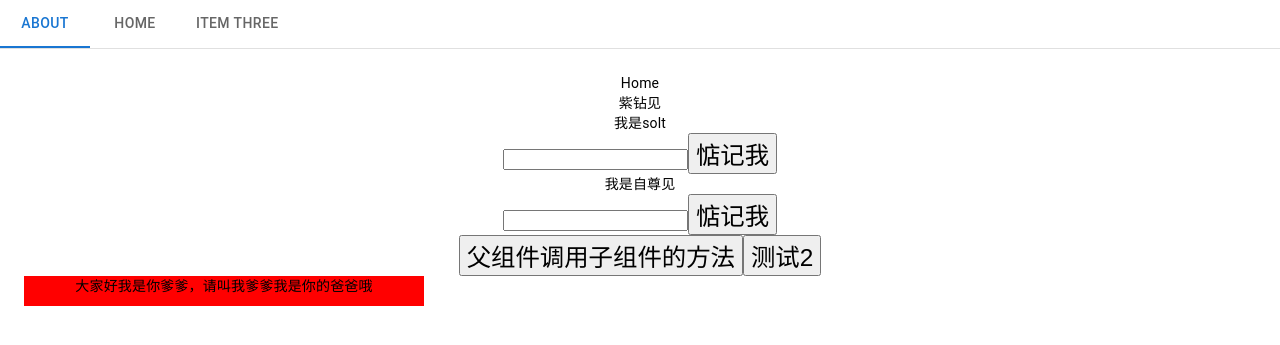
Repository: wupengwupeng/react-ts-vite
Page: /home
These files come from the project's save history. The page is drawn as it stood at one moment and after the next save; the edit follows.
The browser window is 1280 px wide. The pictures show the whole page.
The project was rebuilt for these pictures with package versions that can differ from the ones it lists, and the page was loaded fresh each time. Also part of the build but not shown: vite.config.ts, src/components/Test.tsx, src/components/TestTwo.tsx, src/components/count.tsx, src/page/about.tsx.

Above is the page before, as saved 2022-10-07 15:28:37.

### src/main.tsx
import React from "react";
import ReactDOM from "react-dom";
import { Provider } from 'react-redux';
import store from "./store/index";
import "./index.css";
import App from "./App";
import { BrowserRouter, Route, Routes } from "react-router-dom";
ReactDOM.render(
  <React.StrictMode>
    <BrowserRouter>
      <Provider store={store}>
        <App />
      </Provider>
    </BrowserRouter>
  </React.StrictMode>,
  document.getElementById("root")
);

### src/store/index.tsx
import { configureStore } from '@reduxjs/toolkit'
import counterReducer from './count'
export default configureStore({
  reducer: {
    counter: counterReducer,
  },
})

### src/App.tsx
import { useState } from "react";
import logo from "./logo.svg";
import "./App.css";
import { Outlet, Link, useRoutes, useParams } from "react-router-dom";
import routes from "./router";
function App() {
  let element = useRoutes(routes);
  return <div className="App">{element}</div>;
}

export default App;

### src/store/count.tsx
import { createSlice } from '@reduxjs/toolkit'

export const counterSlice = createSlice({
  name: 'counter',
  initialState: {
    value: 0,
  },
  reducers: {
    increment: (state) => {
      // Redux Toolkit allows us to write "mutating" logic in reducers. It
      // doesn't actually mutate the state because it uses the Immer library,
      // which detects changes to a "draft state" and produces a brand new
      // immutable state based off those changes
      state.value += 1
    },
    decrement: (state) => {
      state.value -= 1
    },
    incrementByAmount: (state, { payload }) => {
      console.log(payload);
      console.log(payload, "action");
      if (payload.type = 'add') {
        state.value += payload.payload
      }
    },
  },
})

// Action creators are generated for each case reducer function
export const { increment, decrement, incrementByAmount } = counterSlice.actions

export default counterSlice.reducer

### src/App.css
.App {
  text-align: center;
}

.App-logo {
  height: 40vmin;
  pointer-events: none;
}

@media (prefers-reduced-motion: no-preference) {
  .App-logo {
    animation: App-logo-spin infinite 20s linear;
  }
}

.App-header {
  background-color: #282c34;
  min-height: 100vh;
  display: flex;
  flex-direction: column;
  align-items: center;
  justify-content: center;
  font-size: calc(10px + 2vmin);
  color: white;
}

.App-link {
  color: #61dafb;
}

@keyframes App-logo-spin {
  from {
    transform: rotate(0deg);
  }
  to {
    transform: rotate(360deg);
  }
}

button {
  font-size: calc(10px + 2vmin);
}

.typing-card {
  width: 400px;
  height: 30px;
  background: red;
}

### src/router/index.tsx
import { Routes, Route } from "react-router-dom";
import type { RouteObject } from "react-router-dom";
import { LayOut } from "../layout";
import { About } from "../page/about";
import { Home } from "../page/home";
const routes: RouteObject[] = [
  {
    path: "/",
    element: <LayOut />,
    children: [
      {
        index: true,
        element: <About />,
      },
      {
        path: "/home",
        element: <Home />,
      },
    ],
  },
];

export default routes;

### src/layout/index.tsx
import { Outlet, Link } from "react-router-dom";
import BasicTabs from './nav/index'
export function LayOut() {
  return (
    <div>
      <BasicTabs />
    </div>
  );
}

### src/page/home.tsx
import Child from "@/components/child";
import ChildRef from "@/components/childRef";
import { useState, useRef } from "react";
import { TypingCard } from "@/components/TypingCard/index";
export function Home() {
  const [name, setName] = useState("WUPENG");
  const [age, setAge] = useState(12);
  const childRef: any = useRef();
  const cdRef: any = useRef();
  const innerRef: any = useRef();
  const source = "大家好我是你爹爹，请叫我爹爹我是你的爸爸哦";
  const emit = (val: any) => {
    console.log(val);
  };
  const openChildFun = () => {
    console.log(childRef, "childRef");
    childRef.current.test();
    console.log((childRef.current.ref.current.style.width = "10px"));

    console.log(childRef.current.name);
    console.log(cdRef.current, "cdRef");
    cdRef.current.style.color = "red";
  };
  const handerTest = () => {
    console.log(innerRef, "innerRef");
  };
  return (
    <div>
      Home
      <Child
        onRef={childRef}
        slot={<div>我是solt</div>}
        {...{ name, age }}
        emit={emit}
      />
      <ChildRef forwardRef={cdRef} innerRef={innerRef}></ChildRef>
      <button onClick={openChildFun}>父组件调用子组件的方法</button>
      <button onClick={handerTest}>测试2</button>
      <div className="typing-card">
        <TypingCard source={source}></TypingCard>
      </div>
    </div>
  );
}

### src/layout/nav/index.tsx
import * as React from 'react';
import Tabs from '@mui/material/Tabs';
import Tab from '@mui/material/Tab';
import Typography from '@mui/material/Typography';
import Box from '@mui/material/Box';

import { Outlet, Link, useNavigate } from "react-router-dom";


interface TabPanelProps {
    children?: React.ReactNode;
    index: number;
    value: number;
}

function TabPanel(props: TabPanelProps) {
    const { children, value, index, ...other } = props;
    console.log(props);

    return (
        <div
            role="tabpanel"
            hidden={value !== index}
            id={`simple-tabpanel-${index}`}
            aria-labelledby={`simple-tab-${index}`}
            {...other}
        >
            {value === index && (
                <Box sx={{ p: 3 }}>
                    <Typography component={'span'} variant={'body2'}>{children}</Typography>
                </Box>
            )}
        </div>
    );
}

function a11yProps(index: number) {
    return {
        id: `simple-tab-${index}`,
        'aria-controls': `simple-tabpanel-${index}`,
    };
}

export default function BasicTabs() {
    const [value, setValue] = React.useState(0);
    const nevicate = useNavigate();

    const handleChange = (event: React.SyntheticEvent, newValue: number) => {

        setValue(newValue);
        if (newValue === 1) {
            nevicate('/home')
        } else if (newValue === 2) {
            nevicate('/about')
        } else {
            nevicate('/')
        }
    };

    return (
        <Box sx={{ width: '100%' }}>
            <Box sx={{ borderBottom: 1, borderColor: 'divider' }}>
                <Tabs value={value} onChange={handleChange} aria-label="basic tabs example">
                    <Tab label="About" {...a11yProps(0)} />
                    <Tab label="Home" {...a11yProps(1)} />
                    <Tab label="Item Three" {...a11yProps(2)} />
                </Tabs>
            </Box>
            <TabPanel value={value} index={value}>
                <Outlet />
            </TabPanel>
        </Box>
    );
}

### src/components/child.tsx

import { useState, useRef, useImperativeHandle } from "react";
function child(props: any) {
  console.log(props, "sdfsdf");
  const [sex, setSex] = useState('男');
  const domRef: any = useRef();
  // 通过useImperativeHandle向外暴露一些ref能访问的属性和方法
  useImperativeHandle(props.onRef, () => {
    return {
      fu: fn,
      name: '张安',
      test: testFun,
      ref: domRef,
    }
  })
  const fn = () => {
    props.emit('wupeng');
  }
  const testFun = () => {
    console.log("给我执行方法");
  }
  return (
    <div>
      紫钻见
      {/* 类似vue中的v-slot 渲染slot中的dom节点 */}
      {props.slot}
      <input type="text" ref={domRef} />
      <button onClick={fn}>惦记我</button>
    </div>
  )
}

export default child;

### src/components/childRef.tsx

import { useState, forwardRef } from "react";
function childRef(propsS: any) {
  const [sex, setSex] = useState('男');
  const MyDiv = forwardRef((props, ref: any) => <div {...props} ref={ref}>我是自尊见</div>)
  const fn = () => {
    console.log("sdf");

  }
  const testFun = () => {
    console.log("给我执行方法");
  }
  return (
    <div>
      <MyDiv ref={propsS.forwardRef}></MyDiv>
      <input type="text" ref={propsS.innerRef} />
      <button onClick={fn}>惦记我</button>
    </div>
  )
}

export default childRef;

### src/components/TypingCard/index.tsx
import { useRef, useEffect } from "react";
import Typing from "@/utils/index";
export function TypingCard(props: any) {
  const { title, source } = props;

  const sourceEl: any = useRef();
  const outputEl: any = useRef();

  useEffect(() => {
    const typing = new Typing({
      source: sourceEl.current,
      output: outputEl.current,
      delay: 30,
    });
    typing.start();
  }, []);
  return (
    <div style={{ width: "100%" }}>
      <div
        style={{ display: "none" }}
        ref={sourceEl}
        dangerouslySetInnerHTML={{ __html: source }}
      />
      <div ref={outputEl} />
    </div>
  );
}

### src/utils/index.ts
class Typing {
  opts: any;
  source: any;
  output: any;
  delay: number;
  chain: any;
  constructor(opts: any) {
    this.opts = opts || {};
    this.source = opts.source;
    this.output = opts.output;
    this.delay = opts.delay || 120;
    this.chain = {
      parent: null,
      dom: this.output,
      val: [],
    };
    if (!(typeof this.opts.done === "function"))
      this.opts.done = function () {};
  }

  init() {
    //初始化函数
    this.chain.val = this.convert(this.source, this.chain.val);
  }

  convert(dom: HTMLElement, arr: any) {
    //将dom节点的子节点转换成数组，
    let children = Array.from(dom.childNodes);
    for (let i = 0; i < children.length; i++) {
      let node = children[i];
      if (node.nodeType === 3) {
        arr = arr.concat((node.nodeValue as string).split("")); //将字符串转换成字符串数组，后面打印时才会一个一个的打印
      } else if (node.nodeType === 1) {
        let val: any = [];
        val = this.convert(node as HTMLElement, val);
        arr.push({
          dom: node,
          val: val,
        });
      }
    }
    return arr;
  }

  print(dom: HTMLElement, val: any, callback: any) {
    setTimeout(function () {
      dom.appendChild(document.createTextNode(val));
      callback();
    }, this.delay);
  }

  play(ele: any) {
    //当打印最后一个字符时，动画完毕，执行done
    if (!ele.val.length) {
      if (ele.parent) this.play(ele.parent);
      else this.opts.done();
      return;
    }
    let current = ele.val.shift(); //获取第一个元素，同时删除数组中的第一个元素
    if (typeof current === "string") {
      this.print(ele.dom, current, () => {
        this.play(ele); //继续打印下一个字符
      });
    } else {
      let dom = current.dom.cloneNode(); //克隆节点，不克隆节点的子节点，所以不用加参数true
      ele.dom.appendChild(dom);
      this.play({
        parent: ele,
        dom,
        val: current.val,
      });
    }
  }

  start() {
    this.init();
    this.play(this.chain);
  }
}

export default Typing;

Loaded but not shown: index.html (common file); src/index.css (common file)

After the next save:
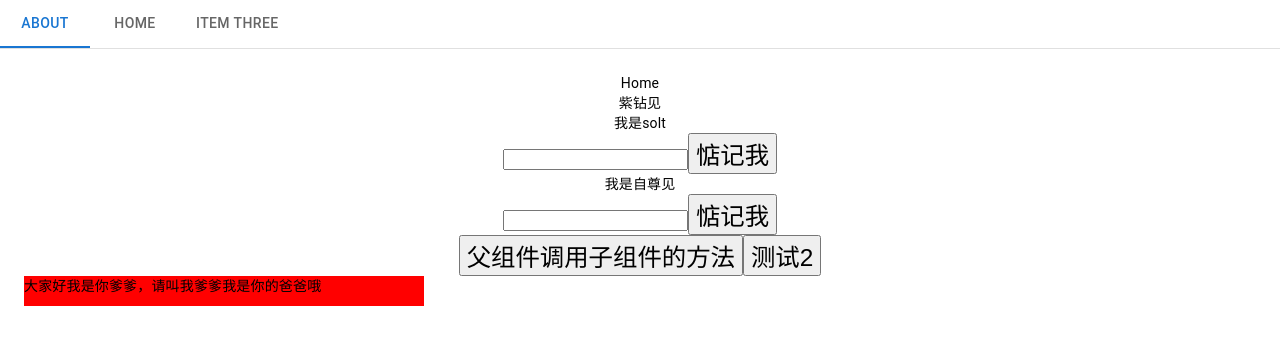
Saved 21 s later.
--- a/src/components/TypingCard/index.tsx
+++ b/src/components/TypingCard/index.tsx
@@ -15,7 +15,7 @@ export function TypingCard(props: any) {
     typing.start();
   }, []);
   return (
-    <div style={{ width: "100%" }}>
+    <div style={{ float: "left" }}>
       <div
         style={{ display: "none" }}
         ref={sourceEl}
